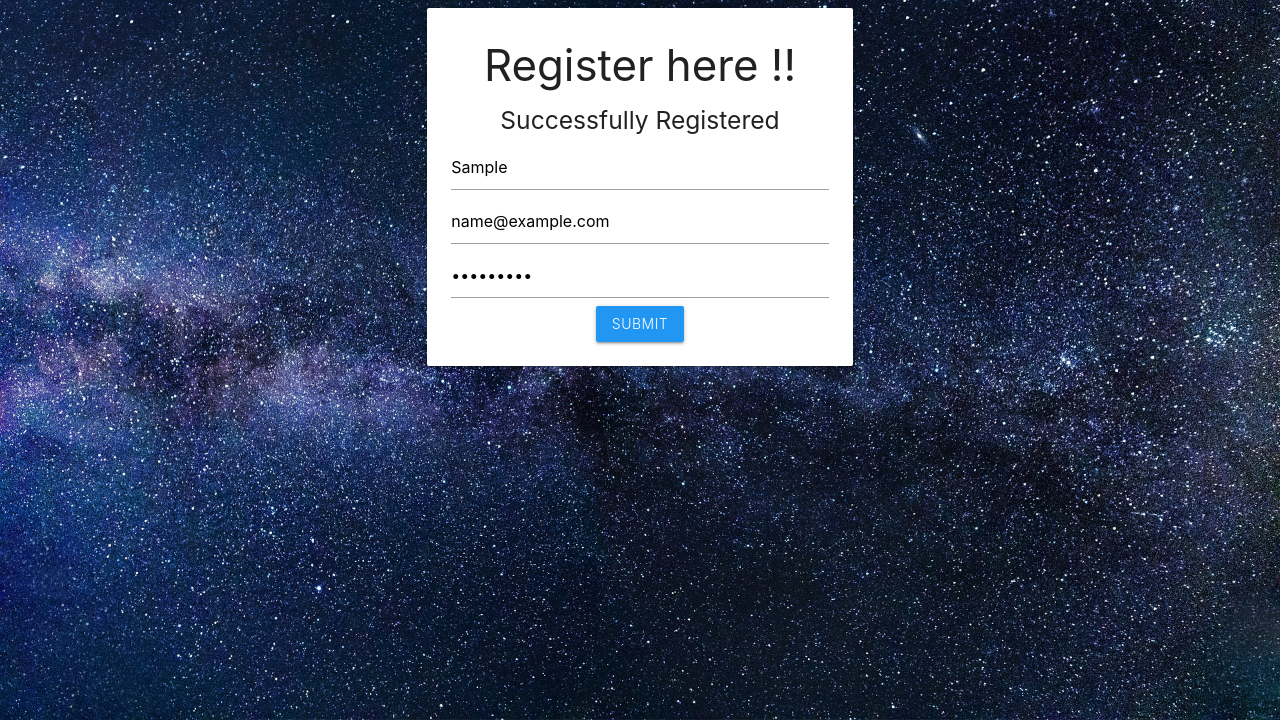
Repository: Ravi9619/springcore
Page: http://localhost/Ravi_Registration_Module_Practice/signup.jsp
The author's editor kept a copy of each file at every save. The page is drawn from the files as they stood at one save, then again after the next save.
The browser window is 1280 px wide. The pictures show the whole page.
Empty fields were first filled with sample values (such as "Sample", 5 or name@example.com).
After loading, the first visible `#myform` was submitted once.
The page is served by Tomcat 9.

Above is the page before, as saved 2023-02-26 11:04:41.

After the next save:
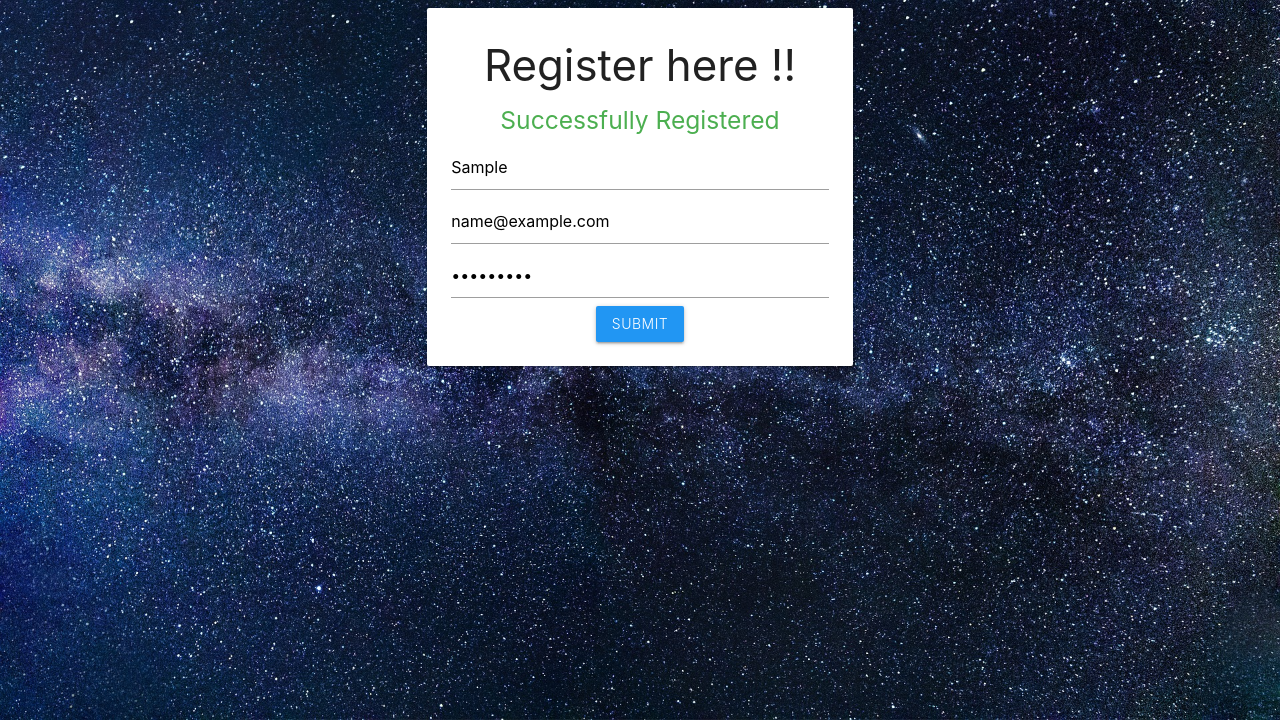
Saved 2 min 34 s later.
--- a/Ravi Registration Module Practice/src/main/webapp/signup.jsp
+++ b/Ravi Registration Module Practice/src/main/webapp/signup.jsp
@@ -137,8 +137,10 @@
 
 					if(data.trim()==='done') {
 						$('#msg').html("Successfully Registered");
+						$('#msg').addClass("green-text");
 					}else {
 						$('#msg').html("Something Went wrong on server");
+						$('#msg').addClass("red-text");
 					}
 				},
 				error: function (jqXHR, textStatus, errorThrown) {
@@ -148,6 +150,7 @@
 					$(".form").show();
 
 					$('#msg').html("Something Went wrong on server");
+					$('#msg').addClass("red-text");
 				},
 
 			})
